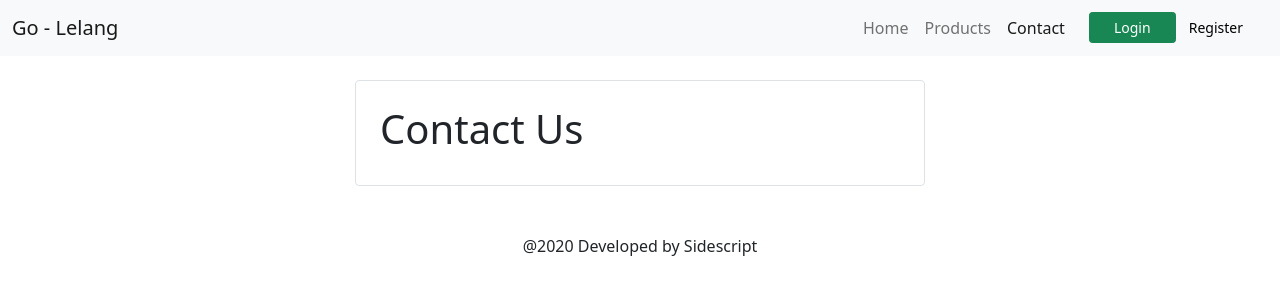
Repository: khulqu15/Go---Lelalng
Page: http://localhost/contact
These files come from the project's save history. The page is drawn as it stood at one moment and after the next save; the edit follows.
The browser window is 1280 px wide. The pictures show the whole page.
The page is served by the project's Laravel application, run on PHP 8.4 with Laravel 8. Other server files are loaded and not shown.

Above is the page before, as saved 2021-02-22 12:27:51.

### routes/web.php
<?php

use App\Http\Controllers\DashboardController;
use App\Http\Controllers\PageController;
use Illuminate\Support\Facades\Route;

/*
|--------------------------------------------------------------------------
| Web Routes
|--------------------------------------------------------------------------
|
| Here is where you can register web routes for your application. These
| routes are loaded by the RouteServiceProvider within a group which
| contains the "web" middleware group. Now create something great!
|
*/

Route::get('/', [PageController::class, 'home'])->name('home');
Route::get('products', [PageController::class, 'products'])->name('products');
Route::get('product/{id}', [PageController::class, 'product'])->name('product');
Route::get('contact', [PageController::class, 'contact'])->name('contact');
Route::get('login', [PageController::class, 'login'])->name('login');
Route::get('register', [PageController::class, 'register'])->name('register');

Route::group(['middleware' => ['userDashboard']], function() {
    Route::get('dashboard', [DashboardController::class, 'index'])->name('dashboard');
    Route::get('dashboard/product', [DashboardController::class, 'product'])->name('dashboard.product');
    Route::get('dashboard/user', [DashboardController::class, 'user'])->name('dashboard.user');
    Route::get('dashboard/auction', [DashboardController::class, 'auction'])->name('dashboard.auction');
});

### app/Http/Controllers/PageController.php
<?php

namespace App\Http\Controllers;

use App\Models\Category;
use App\Models\Product;
use Illuminate\Http\Request;

class PageController extends Controller
{
    public function home(Request $request)
    {
        $categories = Category::orderBy('id', 'DESC')->paginate(4);
        $query = Product::query();
        if($request->get('name')) {
            $products = $query->where('name', 'LIKE', '%'.$request->get('name').'%');
        }
        if($request->get('category')) {
            $products = $query->where('category_id', $request->get('category'));
        }
        $products = $query->with('Category')->orderBy('id', 'DESC')->paginate(3);
        return view('welcome', compact('products', 'categories'));
    }

    public function products(Request $request)
    {
        $categories = Category::orderBy('id', 'DESC')->paginate(4);
        $query = Product::query();
        if($request->get('name')) {
            $products = $query->where('name', 'LIKE', '%'.$request->get('name').'%');
        }
        if($request->get('category')) {
            $products = $query->where('category_id', $request->get('category'));
        }
        $products = $query->paginate(3);
        return view('page.products', compact('products', 'categories'));
    }

    public function product($id)
    {
        $product = Product::find($id);
        return view('page.product', compact('product'));
    }

    public function contact()
    {
        return view('page.contact');
    }

    public function login()
    {
        return view('auth.login');
    }

    public function register()
    {
        return view('auth.register');
    }
}

### resources/views/page/contact.blade.php
@extends('layout.app')

@section('title', 'Contact')

@section('content')
    <div class="container py-4">
        <div class="row">
            <div class="col-md-6 offset-md-3 rounded border p-4">
                <div>
                    <h1 class="font-weight-bold">Contact Us</h1>
                </div>
            </div>
        </div>
    </div>
@endsection

### resources/views/layout/app.blade.php
<!DOCTYPE html>
<html lang="en">
<head>
    <meta charset="UTF-8">
    <meta name="viewport" content="width=device-width, initial-scale=1.0">
    <meta http-equiv="X-UA-Compatible" content="ie=edge">
    <title>GO - Lelang | @yield('title')</title>

    <script src="{{ mix('css/app.css') }}"></script>
    <link rel="stylesheet" href="{{ asset('css/bootstrap.min.css') }}">
    <link rel="stylesheet" href="{{ asset('css/all.min.css') }}">
    <link rel="stylesheet" href="{{ asset('css/fontawesome.min.css') }}">
    <link rel="stylesheet" href="{{ asset('css/style.css') }}">

    <script src="{{ mix('js/app.js') }}"></script>
    <script src="{{ asset('js/jquery-3.5.1.min.js') }}"></script>
    <script src="{{ asset('js/bootstrap.min.js') }}"></script>
    <script src="{{ asset('js/all.min.js') }}"></script>
    <script src="{{ asset('js/fontawesome.min.js') }}"></script>

</head>
<body>

    <nav class="navbar navbar-expand-lg navbar-light bg-light">
        <div class="container-fluid">
            <a class="navbar-brand" href="{{ route('home') }}">Go - Lelang</a>
            <button class="navbar-toggler" type="button" data-bs-toggle="collapse" data-bs-target="#navbarSupportedContent" aria-controls="navbarSupportedContent" aria-expanded="false" aria-label="Toggle navigation">
                <span class="navbar-toggler-icon"></span>
            </button>
            <div class="collapse navbar-collapse" id="navbarSupportedContent">
                <ul class="navbar-nav ms-auto mb-2 mb-lg-0">
                    <li class="nav-item">
                        <a class="nav-link {{ Request::is('home') ? 'active' : '' }}" aria-current="page" href="{{ route('home') }}">Home</a>
                    </li>
                    <li class="nav-item">
                        <a class="nav-link {{ Request::is('products') ? 'active' : '' }}"" href="{{ route('products') }}">Products</a>
                    </li>
                    <li class="nav-item">
                        <a class="nav-link {{ Request::is('contact') ? 'active' : '' }}"" href="{{ route('contact') }}">Contact</a>
                    </li>
                    <li class="nav-item pt-1 px-3">
                        <button class="btn btn-success btn-sm px-4" onclick="window.location = '{{ route('login') }}'">Login</button>
                        <button class="btn btn-light btn-sm px-2" onclick="window.location = '{{ route('register') }}'">Register</button>
                    </li>
                </ul>
            </div>
        </div>
    </nav>

    @yield('content')

    <footer class="container-fluid py-4">
        <div class="row">
            <div class="col-md-12 text-center">
                <p class="mb-0">@2020 Developed by Sidescript</p>
            </div>
        </div>
    </footer>
</body>
</html>

### public/css/style.css
body {
    overflow-x: hidden !important;
}
.viga {
    font-family: 'Viga', sans-serif;
}
.bgm-primary {
    background-color: #E62A2A !important;
}
.bgm-primary-light {
    background-color: #FFCECE !important;
}
.btnm-primary {
    border: none;
    border-radius: 0px !important;
    transition: all .3s ease-in-out;
    background-color: #E62A2A !important;
    padding: 1rem 2rem;
    color: white;
}
.shadow-smooth {
    box-shadow: 10px 20px 49px -8px rgba(0, 0, 0, 0.08) !important;
}
.page-item.active .page-link {
    background-color: #198754 !important;
    border-color: #198754 !important;
    color: white !important;
}
.page-link {
    color: #198754 !important;
}
.text-right {
    text-align: right !important;
}
.text-left {
    text-align: left !important;
}
.text-sm {
    font-size: .8rem;
}
.text-center {
    text-align: center !important;
}
.cursor-point {
    cursor: pointer;
}
.btnm-primary:hover {
    color: white !important;
    background-color: #c01c1c !important;
}
.btnm-light {
    border: none;
    border-radius: 0px !important;
    transition: all .3s ease-in-out;
    background-color: #f2f2f2 !important;
    padding: 1rem 2rem;
    color: #292929;
}
.btnm-light:hover {
    color: #292929 !important;
    background-color: #c2c2c2 !important;
}
.textm-primary {
    color: #E62A2A !important;
}
.textm-gray {
    color: gray !important;
}

.input-search-home {
    width: 80%;
    position: absolute;
    left: 10%;
    height: 60px;
    box-shadow: 0px 20px 40px -6px rgba(0, 0, 0, 0.12);
    top: -50px;
    background-color: white;
}
.input-search-home input {
    height: 60px;
}
.input-search-home button,
.input-search-home a {
    position: relative;
    top: -10px;
}
.maxm-height {
    min-height: 70vh;
    max-height: 70vh !important;
    overflow-y: auto !important;
    overflow-x: hidden !important;
}


.card-product {
    width: 100%;
    transition: all .3s ease-in-out;
    height: 370px;
    background-color: white;
}
.card-product:hover {
    box-shadow: 12px 24px 48px rgba(0, 0, 0, 0.09);
}
.card-product .image {
    width: 100%;
    height: 170px;
    background-color: #f36c6c;
    overflow: hidden;
}
.card-product .image img {
    transition: all .3s ease-in-out;
}
.card-product .image:hover img {
    transform: scale(1.1);
    opacity: .6;
}
.card-product .like {
    width: 50px;
    height: 50px;
    border-radius: 50px;
    background-color: #fccece;
    color: #E62A2A;
    position: absolute;
    line-height: 53px;
    text-align: center;
    z-index: 10;
    top: 140px;
    right: 20px;
    transition: all .3s ease-in-out;
}
.card-product .like:hover {
    cursor: pointer;
    background-color: #c01c1c;
    color: #FFCECE;
}
.card-product .liked {
    width: 50px;
    height: 50px;
    border-radius: 50px;
    background-color: #E62A2A;
    color: #fccece;
    position: absolute;
    line-height: 53px;
    text-align: center;
    z-index: 10;
    top: 140px;
    right: 20px;
    transition: all .3s ease-in-out;
}
.card-product .like:hover {
    cursor: pointer;
    color: #c01c1c;
    background-color: #FFCECE;
}
.image-fit-card {
    width: 100%;
    height: 100%;
    object-fit: cover !important;
}
.card-product .line-category {
    display: inline-block;
    width: 20px;
    height: 3px;
    background-color: gray;
}

.bg-hammer-bottom {
    background: url('../img/wallpaper/hammer.png');
    background-attachment: fixed;
    background-position: center;
    background-size: cover;
}

.input-email-footer {
    position: relative;
    width: 100%;
    height: 70px;
    box-shadow: 0px 19px 38px rgba(0, 0, 0, 0.12);
    background-color: white;
}
.input-email-footer input {
    height: 70px;
    width: 100%;
}
.input-email-footer button {
    position: relative;
    top: -8px
}

.menu-footer {
    color: rgba(255, 255, 255, .5);
}
.menu-footer.active,
.menu-footer:hover {
    color: rgba(255, 255, 255, 1);
    cursor: pointer;
    transition: all .4s ease-in-out;
}
.menu-footer .icon {
    position: absolute;
    right: -50px;
    opacity: 0;
    transition: all .2s ease-in-out;
    visibility: hidden;
}
.menu-footer.active .icon,
.menu-footer:hover .icon {
    position: relative;
    opacity: 1;
    right: 0;
    visibility: visible;
}
.menu-footer .menu-title {
    transition: all .2s ease-in-out;
    position: relative;
    font-size: 3rem;
    right: -10px;
}
.menu-footer.active .menu-title,
.menu-footer:hover .menu-title {
    position: relative;
    right: 0px;
}

.icons-footer svg {
    transition: all .2s ease-in-out;
    color: #c2c2c2;
    margin: 0px .8rem;
    font-size: 1.4rem;
}

.icons-footer svg:hover {
    cursor: pointer;
    color: #767676;
}

.navbar {
    transition: all .3s ease-in-out;
    z-index: 100;
}
.burger {
    position: relative;
    top: -5px;
    margin: 10px 0px 0px 0px;
}
.burger div {
    width: 30px;
    height: 2px;
    margin: 7px 0px;
    position: relative;
    background-color: #767676;
    transition: all .3s ease-in-out;
}
.burger.times div:nth-child(1) {
    transform: rotate(45deg);
    top: 5px;
}
.burger.times div:nth-child(2) {
    transform: rotate(-45deg);
    top: -5px;
}

.navbar-fixed {
    position: fixed;
    width: 100%;
    z-index: 50;
    overflow-x: hidden !important;
    overflow-y: auto !important;
    height: 100%;
    top: 0;
    opacity: 1;
    transform: skew(0deg);
    background-color: white;
    visibility: visible;
    right: 0;
    transition: all .5s ease-in;
}
.avatar-sm {
    width: 40px;
    height: 40px;
    border-radius: 40px;
    overflow: hidden;
    display: inline-block;
}
.avatar-md {
    width: 50px;
    height: 50px;
    border-radius: 50px;
    overflow: hidden;
    display: inline-block;
}
.avatar-sm-navbar {
    width: 40px;
    height: 40px;
    border-radius: 40px;
    display: inline-block;
    right: 120px;
    position: absolute;
    z-index: 10;
    overflow: hidden;
    transition: all .3s ease-in-out;
    top: 24px;
    box-sizing: content-box;
}
.avatar-sm-navbar:hover {
    cursor: pointer;
    border: 4px solid gainsboro;
    top: 20px;
    right: 112px;
}
.navbar-fixed.hide {
    transform: skew(10deg) !important;
    opacity: 0 !important;
    right: -100% !important;
    visibility: hidden !important;
}
.menu-navbar {
    color: rgba(44, 44, 44, 0.5);
}
.menu-navbar.active,
.menu-navbar:hover {
    color: rgba(44, 44, 44, 1) !important;
    cursor: pointer;
    transition: all .4s ease-in-out;
}
.menu-navbar .icon {
    position: absolute;
    right: -50px;
    opacity: 0;
    transition: all .2s ease-in-out;
    visibility: hidden;
}
.menu-navbar.active .icon,
.menu-navbar:hover .icon {
    position: relative;
    opacity: 1;
    right: 0;
    visibility: visible;
}
.menu-navbar .menu-title {
    transition: all .2s ease-in-out;
    position: relative;
    font-size: 3rem;
    right: -10px;
}
.menu-navbar.active .menu-title,
.menu-navbar:hover .menu-title {
    position: relative !important;
    right: 0px !important;
}
a {
    text-decoration: none !important;
}
.full-page,
.bg-product {
    width: 100%;
    min-height: 100vh;
    overflow: hidden;
    position: relative;
    background-color: #292929;
}
.full-page {
    background-color: #f36c6c !important;
}
.bg-product img {
    opacity: .8;
}

.avatar-profile {
    width: 80px;
    margin: 0px auto;
    height: 80px;
    display: inline-block;
    border-radius: 80px;
    overflow: hidden !important;
    background-color: #E62A2A;
}
.ellipsis-menu-right {
    top: 0;
    right: 0;
    margin: .7rem;
    font-size: 1.2rem;
}

.card-profile-navbar {
    background-color: white;
    width: 300px;
    position: relative;
    z-index: 100;
}
.card-auction {
    box-shadow: 0px 5px 15px rgba(0, 0, 0, 0.12);
    transition: all .3s ease-in-out;
}
.card-auction:hover {
    box-shadow: 0px 10px 30px rgba(0, 0, 0, 0.1);
}
.alert-respond {
    width: 50%;
    top: 20%;
    z-index: 100;
    left: 25%;
}
@media only screen and (max-width: 760px) {
    .alert-respond {
        z-index: 100;
        top: 20%;
        width: 80%;
        left: 10%;
    }
}

.btn-fab {
    position: fixed;
    right: 25px;
    bottom: 25px;
    z-index: 100;
}

.menu-ellipsis {
    width: 260px;
    overflow: hidden;
    right: 0;
    background-color: white;
    transition: all .3s ease-in-out;
    box-shadow: 0px 10px 20px rgba(0, 0, 0, 0.08);
}
.menu-ellipsis.hide {
    opacity: 0 !important;
    visibility: hidden !important;
    right: -20px !important;
}
.menu-ellipsis .item {
    padding: .7rem 1.4rem;
    transition: all .3s ease-in-out;
    text-align: right !important;
    cursor: pointer;
}
.menu-ellipsis .item:hover {
    background-color: gainsboro;
}

Loaded but not shown: app/Providers/AppServiceProvider.php (common file); app/Http/Controllers/Controller.php (common file); public/mix-manifest.json (common file); public/css/bootstrap.min.css (library); public/css/all.min.css (library); public/css/fontawesome.min.css (library); public/js/app.js (library); public/js/jquery-3.5.1.min.js (library); public/js/bootstrap.min.js (library); public/js/fontawesome.min.js (library); public/css/app.css (empty)

After the next save:
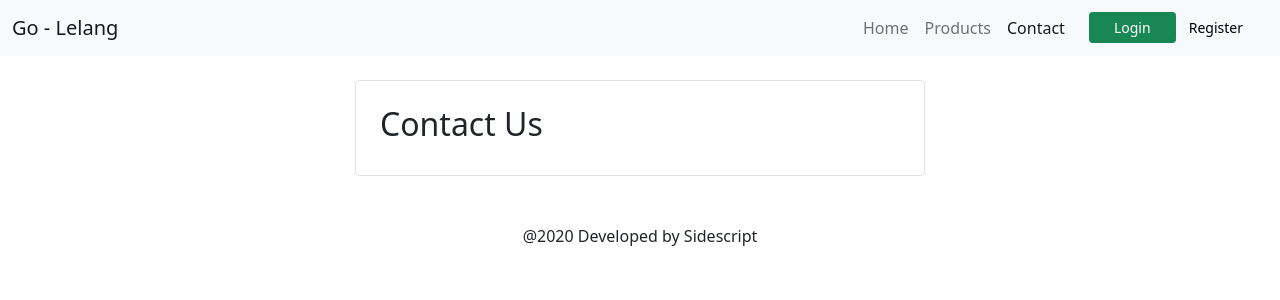
Saved 10 s later.
--- a/resources/views/page/contact.blade.php
+++ b/resources/views/page/contact.blade.php
@@ -7,7 +7,7 @@
         <div class="row">
             <div class="col-md-6 offset-md-3 rounded border p-4">
                 <div>
-                    <h1 class="font-weight-bold">Contact Us</h1>
+                    <h2 class="font-weight-bold">Contact Us</h2>
                 </div>
             </div>
         </div>
